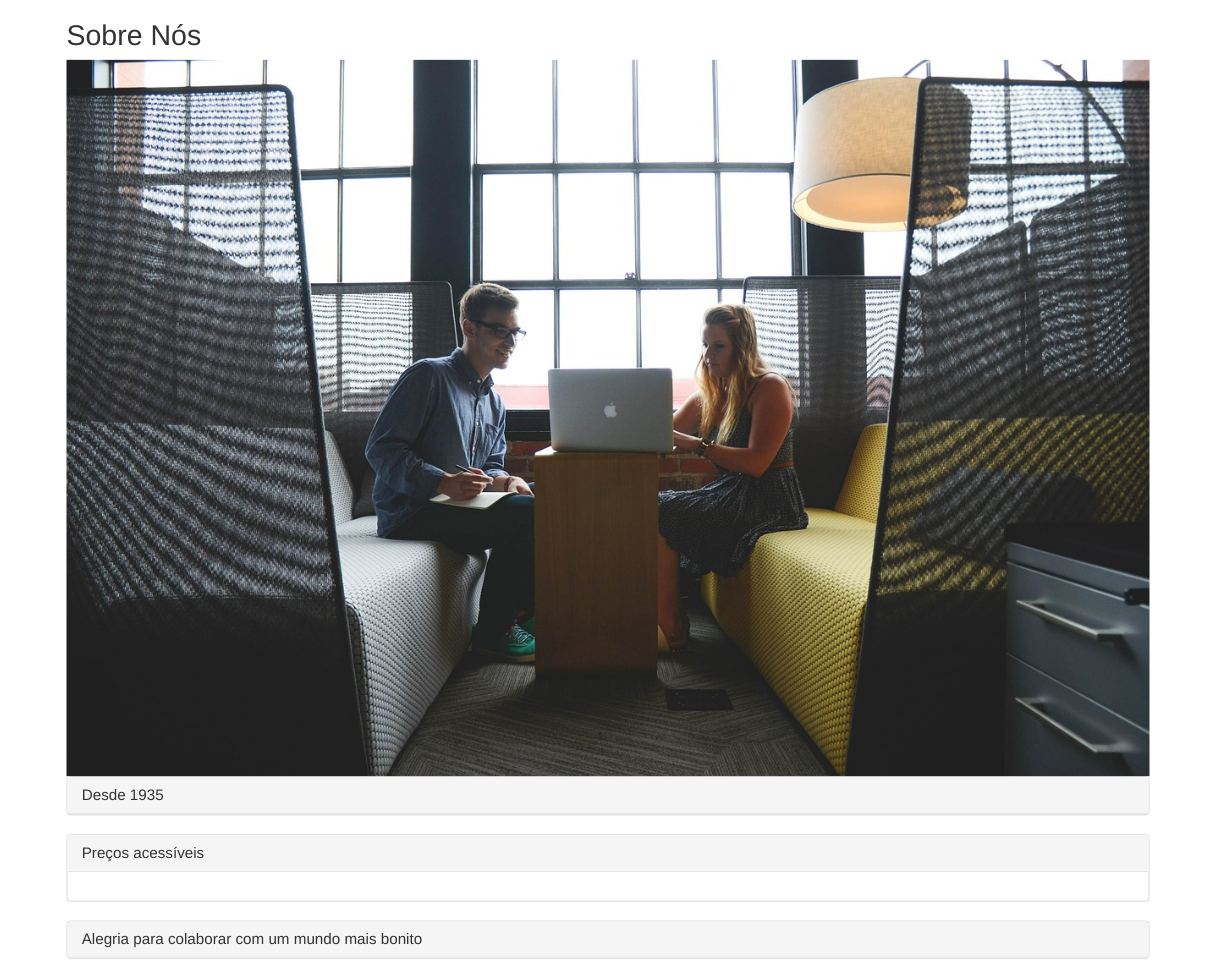
Repository: daviemer/bootstrap-alura
Page: index2.html
The author's editor kept a copy of each file at every save. The page is drawn from the files as they stood at one save, then again after the next save.
The browser window is 1280 px wide. The pictures show the whole page, at 95% of full size.

Above is the page before, as saved 2022-07-08 19:20:03.

### index2.html
<!DOCTYPE html>
<html lang="pt-br">
<head>
  <meta charset="UTF-8">
  <meta http-equiv="X-UA-Compatible" content="IE=edge">
  <meta name="viewport" content="width=device-width, initial-scale=1.0">
  <title>Document</title>
  <link rel="stylesheet" href="bootstrap/css/bootstrap.min.css" type="text/css">
</head>
<body>
  <div class="container">
    <h2>Sobre Nós</h2>
    <img class="img-responsive" src="assets/img/empresa.jpg" alt="">
    <div class="panel panel-default">
      <div class="panel-heading">
        <h3 class="panel-title" data-toggle="collapse" data-target="#primeiro-paragrafo">Desde 1935</h3>
      </div>
        <div id="primeiro-paragrafo" class="collapse">
          <div class="panel-body">
            <p>A TopCasaFina arquitetura está no mercado desde</p>
          </div>
        </div>

    </div>
    <div class="panel panel-default">
      <div class="panel-heading">
        <h3 class="panel-title" data-toggle="collapse" data-target="#segundo-paragrafo">Preços acessíveis</h3>
      </div>
        <div>
          <div class="panel-body">
            <p id="segundo-paragrafo" class="collapse">A TopCasaFina arquitetura está no mercado desde</p>
          </div>
        </div>

    </div>
    <div class="panel panel-default">
      <div class="panel-heading">
        <h3 class="panel-title" data-toggle="collapse" data-target="#terceiro-paragrafo">Alegria para colaborar com um mundo mais bonito</h3>
      </div>
        <div id="terceiro-paragrafo" class="collapse">
          <div class="panel-body">
            <p >A TopCasaFina arquitetura está no mercado desde</p>
            </div>
        </div>
    </div>



  </div>

  </div>
<script src="jquery.js"></script>
<script src="bootstrap/js/bootstrap.min.js"></script>
</body>
</html>

Loaded but not shown: bootstrap/css/bootstrap.min.css (library); jquery.js (library); bootstrap/js/bootstrap.min.js (library)

After the next save:
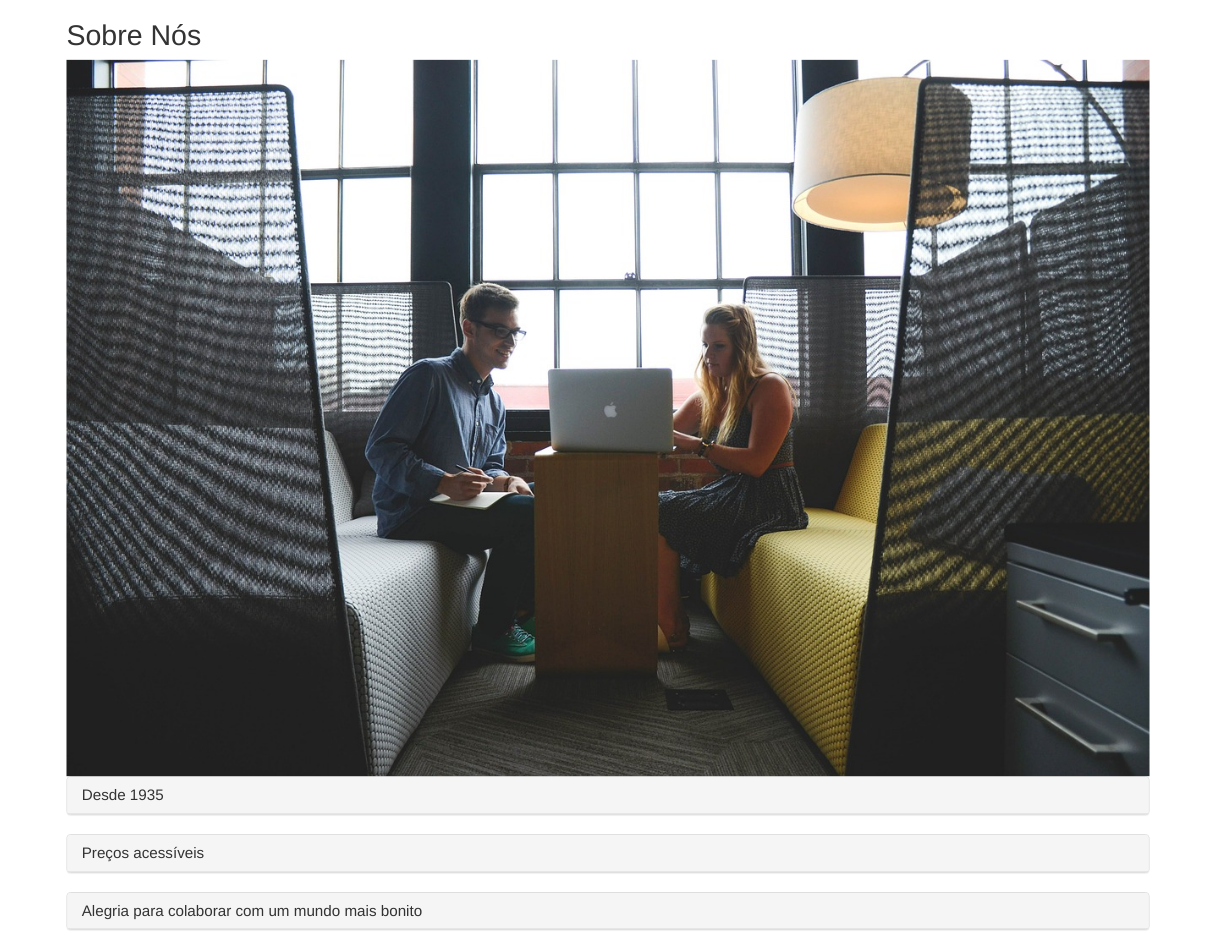
Saved 17 s later.
--- a/index2.html
+++ b/index2.html
@@ -26,9 +26,9 @@
       <div class="panel-heading">
         <h3 class="panel-title" data-toggle="collapse" data-target="#segundo-paragrafo">Preços acessíveis</h3>
       </div>
-        <div>
+        <div id="segundo-paragrafo" class="collapse">
           <div class="panel-body">
-            <p id="segundo-paragrafo" class="collapse">A TopCasaFina arquitetura está no mercado desde</p>
+            <p>A TopCasaFina arquitetura está no mercado desde</p>
           </div>
         </div>
 
